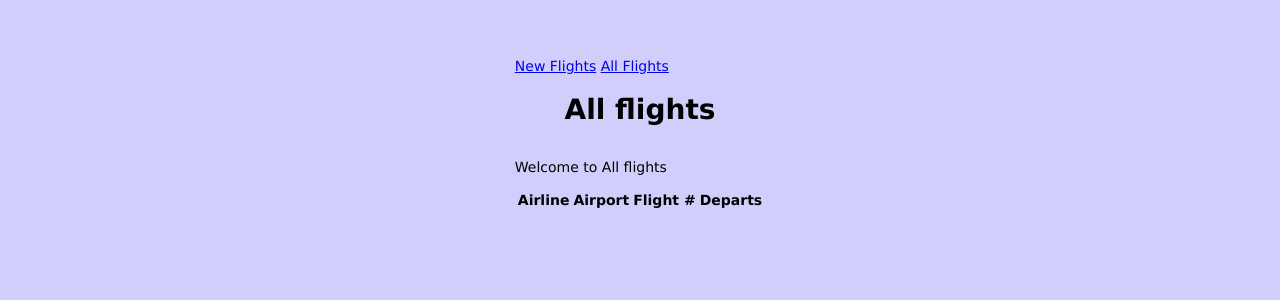
Repository: jmendoza13/mongoose-flights
Page: http://localhost/flights
An editor plug-in stored every save of this project. The page is shown before and after the next save, followed by the edit.
The browser window is 1280 px wide. The pictures show the whole page.
The page is served by the project's Node server (server.js). Other server files are loaded and not shown. Queries for data that is not in the repository find no rows.

Above is the page before, as saved 2022-07-18 16:03:09.

### views/flights/index.ejs
<%- include('../partials/header') %>
   <h1>
      <%= title %>
   </h1>
   <p>
      Welcome to <%= title %>
   </p>
   <table>
      <tr>
         <th>Airline</th>
         <th>Airport</th>
         <th>Flight #</th>
         <th>Departs</th>
      </tr>
   <tbody>
   <% flights.forEach(function(f) { %>
      <tr>
         <td><%=f.airline %></td>
         <td><%=f.airport %></td>
         <td><%=f.flightNo %></td>
         <td><%=f.departs %></td>
      </tr>
      <% }); %>
   </tbody>
</table>
      <%- include('../partials/footer') %>

### views/Partials/header.ejs
<!DOCTYPE html>
<html lang="en">

<head>
    <meta charset="UTF-8">
    <meta http-equiv="X-UA-Compatible" content="IE=edge">
    <meta name="viewport" content="width=device-width, initial-scale=1.0">
    <link rel='stylesheet' href='/stylesheets/style.css' />
    <title>Flights</title>
</head>

<body>
    <nav>
        <a href="/flights/new">New Flights</a>
        <a href="/flights">All Flights</a>
    </nav>

### server.js
var createError = require('http-errors');
var express = require('express');
var path = require('path');
var cookieParser = require('cookie-parser');
var logger = require('morgan');
require('dotenv').config();

require('./config/database');
var indexRouter = require('./routes/index');
var flightsRouter = require('./routes/flights');

var app = express();

// view engine setup
app.set('views', path.join(__dirname, 'views'));
app.set('view engine', 'ejs');

app.use(logger('dev'));
app.use(express.json());
app.use(express.urlencoded({ extended: false }));
app.use(cookieParser());
app.use(express.static(path.join(__dirname, 'public')));

app.use('/', indexRouter);
app.use('/flights', flightsRouter);

// catch 404 and forward to error handler
app.use(function(req, res, next) {
  next(createError(404));
});

// error handler
app.use(function(err, req, res, next) {
  // set locals, only providing error in development
  res.locals.message = err.message;
  res.locals.error = req.app.get('env') === 'development' ? err : {};

  // render the error page
  res.status(err.status || 500);
  res.render('error');
});

module.exports = app;

### controllers/flights.js
const Flight = require('../models/flight');

module.exports = {
    index,
    new: newFlight,
    create
};

function index(req, res) {
    Flight.find({}, function(err, flights) {
      res.render('flights/index', { title: 'All flights', flights });
    });
  }

  function create(req, res) {
    console.log(req.body)
      for (let key in req.body) {
          if (req.body[key] === '') delete req.body[key];
      }
      var flight = new Flight(req.body);
      flight.save(function(err) {
          // one way to handle errors
          if (err) return res.redirect('/flights/new');
          console.log(flight);
          // for now, redirect right back to new.ejs
          res.redirect('/flights');
      });
  }



function newFlight(req, res) {
    res.render('flights/new');
}

### public/stylesheets/style.css
body {
  padding: 50px;
  font: 14px "Lucida Grande", Helvetica, Arial, sans-serif;
  display: grid;
  justify-content: center;
  background-color: rgb(210, 206, 252);
  grid-template-areas:
    "nav"
    "main"
}
s
nav, h1 {
  display: flex;
  color: #010101;
  justify-content: center;
  align-items: center;
}

Loaded but not shown: views/Partials/footer.ejs (common file)

After the next save:
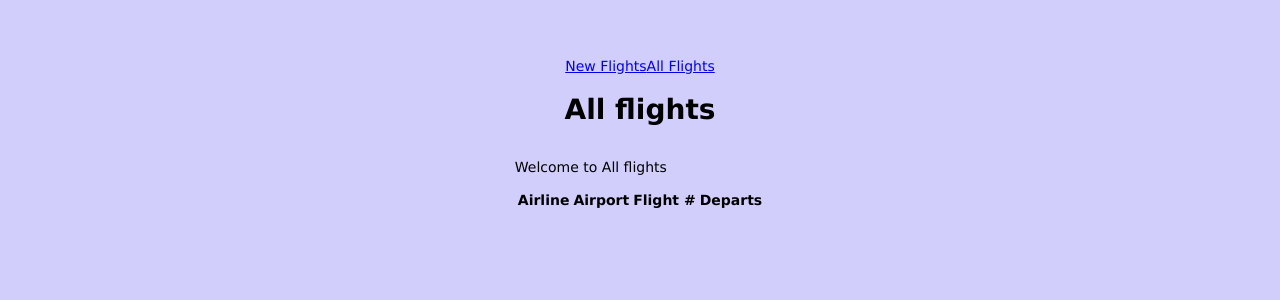
Saved 63 s later.
--- a/public/stylesheets/style.css
+++ b/public/stylesheets/style.css
@@ -8,7 +8,7 @@ body {
     "nav"
     "main"
 }
-s
+
 nav, h1 {
   display: flex;
   color: #010101;
